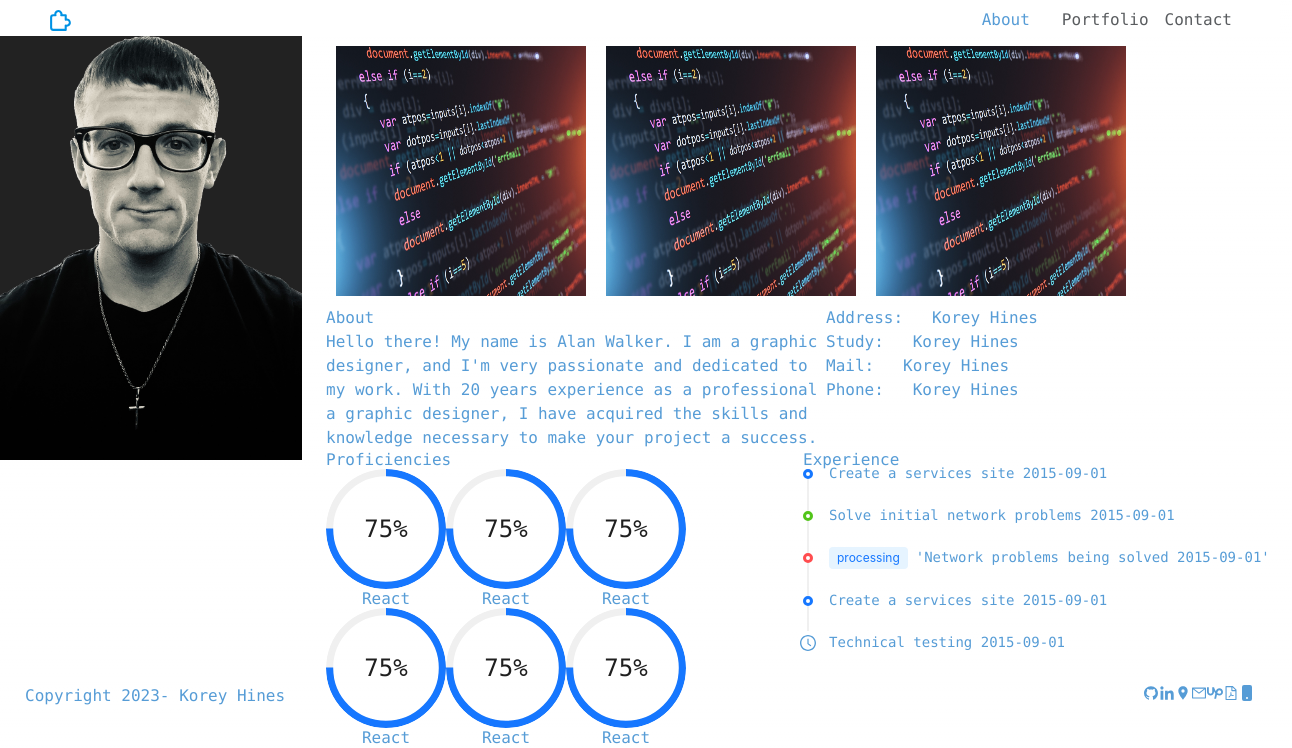
Repository: devkthines/next-portfolio-v2
Page: /about
An editor plug-in stored every save of this project. The page is shown before and after the next save, followed by the edit.
The browser window is 1280 px wide. The page is 1292 px wide, so the pictures cover 1292 px, including what lies to the right of the window. The pictures show the whole page.
The project was rebuilt for these pictures with package versions that can differ from the ones it lists, and the page was loaded fresh each time. The framework's server and built-in components were replaced by stand-ins that run in the browser. Also part of the build but not shown: next.config.js.

Above is the page before, as saved 2023-09-25 22:31:29.

### src/app/layout.tsx
import 'bootstrap/dist/css/bootstrap.css';
import './globals.css'
import '../../css/style.css'
import '../../css/mobile.css'
import type { Metadata } from 'next'
import { Inter } from 'next/font/google'
import TopNav from './components/topNav'
import Footer from './components/footer'
import BottomNav from './components/bottomNav'
// Put any other imports below so that CSS from your
// components takes precedence over default styles.
const inter = Inter({ subsets: ['latin'] })

export const metadata: Metadata = {
  title: "&lt;Korey ❤️ Coding/&gt;",
  description: 'Generated by create next app',
  icons: '/puzzle-piece.svg'
}

export default function RootLayout({
  children,
}: {
  children: React.ReactNode
}) {
  return (
    <html lang="en">
      <head>
        <link rel="shortcut icon" href="/puzzle-piece.svg" type="image/x-icon" />
      </head>
      <body className={inter.className}>
        <TopNav />
        {children}
        <Footer />
        <BottomNav />
      </body>
    </html>
  )
}

### src/app/about/page.js
'use client'
import Container from 'react-bootstrap/Container';
import Row from 'react-bootstrap/Row';
import Col from 'react-bootstrap/Col';
import Button from 'react-bootstrap/Button';
import Card from 'react-bootstrap/Card';
import { Progress, Space } from 'antd';
import { ClockCircleOutlined } from '@ant-design/icons';
import { Timeline } from 'antd';
import Image from 'next/image';
import { Descriptions } from 'antd';
import { Divider, Tag } from 'antd'
import { CaretRightOutlined } from '@ant-design/icons'
const items = [
  {
    key: '1',
    label: 'Name',
    children: 'Zhou Maomao',
  },
  {
    key: '2',
    label: 'Telephone',
    children: '209-366-9363',
  },
  {
    key: '3',
    label: 'Study',
    children: 'Software Engineering',
  },
  {
    key: '4',
    label: 'email',
    children: 'dev.kthines@gmail.com',
  },
  {
    key: '5',
    label: 'Address',
    children: 'Lodi, CA',
  },
];




export default function About() {

  return (
    <div id='about'>

      <Row>

        <Col xs={3} id=''>
          <img variant="top" id='aboutImg' src='/images/IMG-update.jpg' /> </Col>
        <Col xs={9}>
          <div>
            <div id='aboutImgs' className='d-flex'>
              <img className='aboutImgs' src="/images/webstorm-vs-vscode.jpeg" alt="" />
              <img className='aboutImgs' src="/images/webstorm-vs-vscode.jpeg" alt="" />
              <img className='aboutImgs' src="/images/webstorm-vs-vscode.jpeg" alt="" />
            </div>
            <div className='d-flex'>
              <div id='abouttext'>
                <span className='spanabout'>About</span>
                <p>Hello there! My name is Alan Walker. I am
                  a graphic designer, and I'm very passionate and dedicated to my work.
                  With 20 years experience as a professional a graphic designer,
                  I have acquired the skills and knowledge necessary to make your project a success.</p>
              </div>
                <ul>
                <li>Address: &nbsp;  Korey Hines</li>
                <li>Study: &nbsp;  Korey Hines</li>
                <li>Mail: &nbsp;  Korey Hines</li>
                <li>Phone: &nbsp;  Korey Hines</li>
                </ul>
            </div>
            <div id='' className='d-flex'>
              <div id='progress'>
                <h1>Proficiencies</h1>
                <div className='d-flex'>
                  <div className='text-center'><Progress strokeLinecap="butt" type="circle" percent={75} /><h6>React</h6></div>
                  <div className='text-center'><Progress strokeLinecap="butt" type="circle" percent={75} /><h6>React</h6></div>
                  <div className='text-center'><Progress strokeLinecap="butt" type="circle" percent={75} /><h6>React</h6></div>
                </div>
                <div className='d-flex'>
                  <div className='text-center'><Progress strokeLinecap="butt" type="circle" percent={75} /><h6>React</h6></div>
                  <div className='text-center'><Progress strokeLinecap="butt" type="circle" percent={75} /><h6>React</h6></div>
                  <div className='text-center'><Progress strokeLinecap="butt" type="circle" percent={75} /><h6>React</h6></div>
                </div>
              </div>
              <div id='timeline'>
                <h1>Experience</h1>
                <Timeline
                  // mode="alternate"
                  items={[
                    {
                      children: 'Create a services site 2015-09-01',
                    },
                    {
                      children: 'Solve initial network problems 2015-09-01',
                      color: 'green',
                    },
                    {
                      color: 'red',
                      children: <><Tag bordered={false} color="processing">
                        processing
                      </Tag>'Network problems being solved 2015-09-01'</>,
                    },
                    {
                      children: 'Create a services site 2015-09-01',
                    },
                    {
                      dot: <ClockCircleOutlined style={{ fontSize: '16px' }} />,
                      children: 'Technical testing 2015-09-01',
                    },
                  ]}
                />
              </div>
              <div>
                </div>
                </div>
           </div>
              </Col>


            </Row>

          </div>
          )
}

### css/style.css
* {
    box-sizing: border-box;
    margin: 0;
    padding: 0;
    font-family: Consolas, "Courier New", monospace;
    /* background-color: #222222; */
    color: #569cd6;

}

body {
    background-color: white;
}

.infoSection {
    /* width: 80vw; */
    height: 90vh;
    /* display: flex; */
    /* justify-content: center; */
    /* margin-bottom: 20vh; */
    background-color: #222222;
    border-bottom: 3px solid #569cd6;
}

#infoCol {
    display: flex;
    justify-content: center;
}

.aboutSection {
    /* width: 80vw; */
    padding-top: 100px;
    /* height: 70vh; */
    background: linear-gradient(#222222, rgb(24, 24, 24));
}

#portrait {
    width: 40vw;
    height: 80vh;
    /* border-radius: 0 0 2rem 2rem; */
}

#portraitCol {
    display: flex;
    justify-content: center;
}

#portrait:hover {
    transform: rotateX(180deg);
}

.imgTest {
    margin: 10px;
}

.imgTest:active {
    flex-grow: 10000;
    transform: scale(1);

    max-width: 600px;
    margin: 0px;
    border-radius: 40px;

    background-size: auto 100%;
}

.tab-content {
    height: 100% !important;
    margin-left: 25% !important;
}

/* .color-change{
    background-color: greenyellow;
} */
.noShow {
    display: none;
}

.buttonShow {
    display: block;
}

#tile1 {
    width: 700px;
    height: 500px;
}

#experience {
    padding-top: 50px;
    height: auto;
}

main {
    display: flex;
    flex-direction: column;
    justify-content: center;
    align-items: center;
}

.middle {
    transition: .5s ease;
    opacity: 0;
    position: absolute;
    top: 50%;
    left: 50%;
    transform: translate(-50%, -50%);
    -ms-transform: translate(-50%, -50%);
    text-align: center;
}

#imageTile1 {
    position: relative;
    width: 40vw;
    height: 70vh;
}

#tile1 {
    width: 100%;
    height: 100%;
}

#imageTile1:hover #tile1 {
    opacity: 0.3;
}

#imageTile1:hover .middle {
    opacity: 1;
}

.text {
    background-color: #04AA6D;
    color: white;
    font-size: 16px;
    padding: 16px 32px;
}

#no-expand {
    display: none;

}

#expandIt {
    display: block;
}

.no-Display {
    display: none;
}

.okToDisplay {
    display: block;
}

a.nav-link {
    color: #569cd6;
}


#topNav {
    background-color: white;
    display: none;
    /* position: fixed; */
    /* top: 0; */
    width: 100%;
    height: 5vh;
}

#footer {
    display: flex;
    justify-content: space-between;
    padding: 0 25px;
}

#bottomNav {
    display: flex;
    position: fixed;
    bottom: 0;
    width: 100%;
    background-color: white;
    font-size: 16px;
}
#about{
    /* margin-top: 10vh; */
    height: 90vh;
    /* overflow: hidden; */
}

#aboutImg{
    width: 400px;
    /* height: ; */
    /* padding: 15px 15px 30px; */
}
#aboutcard{
    box-shadow: 0 4px 6px rgba(0, 0, 0, .3);
    /* height: fit-content; */
    /* width: 400px; */

}
.interests{
    width: 200px;
    height: 300px;
}
.interestImg{
    width: 200px;
    height: 200px;
}
#abtTop{
    height: 45vh;
}
#abtBtm{
    height: 45vh;
}
#abtLeft{
    /* width: 25vw; */
}
#abtRight{
    /* width: 75vw; */
}
.aboutImgs{
    width: 250px;
    height: 250px;
    margin: 10px;
}
#aboutImgs{

}
.spanabout ::after{
margin-left: 25px;
width: 5000px;
height: 1px;
background-color: #7d7789;
left: 100%;
top: 50%;
}
#abouttext{
width: 500px;
}
#progress{
width: 500px;

}
#timeline{
    width: 500px;
}

### css/mobile.css
@media screen and (min-width: 640px){

    /* background-color: green!important; */
    #portrait{
        width: 500px;
        height: 500px;
        /* border-radius: 0 0 2rem 2rem; */

    }

main{
    /* color: white!important; */
}
}
@media screen and (min-width: 768px){
#portraitCol{

    justify-content: start;
}
#infoCol{
    justify-content: end;
    /* text-align: end; */
}
}
@media screen and (min-width: 1024px){
    #portrait{
        width: 600px;
        height: 600px;
        /* border-radius: 0 0 2rem 2rem; */
    }
    #topNav{
        display:flex ;
    }
    #bottomNav{
        display: none;
    }
}
@media screen and (min-width: 1280px){

}
@media screen and (min-width: 1536px){

}

### src/app/components/topNav.js
'use client';
import Nav from 'react-bootstrap/Nav';
import Image from 'next/image';


export default function TopNav(){

    return(
        <header>
        {/* <Navbar id='topNav' className={`${color ? 'color-change' : ''}`} sticky='top' expand="lg" > */}

        <Nav id='topNav' variant="underline" defaultActiveKey="/home" className='d-flex justify-content-between'>
       <div className='ms-5'><Nav.Item>
          <Nav.Link href="/"><Image width={25} height={25} id='navbrand' src="/puzzle-piece.svg" alt="" /></Nav.Link>
        </Nav.Item></div>
        <div className='d-flex me-5'><Nav.Item className='px-3'>
          <Nav.Link href="/about">About</Nav.Link>
        </Nav.Item>
        <Nav.Item className='px-3'>
          <Nav.Link eventKey="disabled" disabled>
            Portfolio
          </Nav.Link>
        </Nav.Item>
        <Nav.Item>
          <Nav.Link eventKey="disabled" disabled>
            Contact
          </Nav.Link>
        </Nav.Item>
        </div>
      </Nav>
      </header>
    )
} ;

### src/app/components/footer.js
'use client'

import OverlayTrigger from 'react-bootstrap/OverlayTrigger';
import Card from 'react-bootstrap/Card';
import { AiFillGithub } from 'react-icons/ai';
import { GrLinkedinOption } from 'react-icons/gr';
import { MdVolunteerActivism } from 'react-icons/md';
import { IoLogoCss3 } from 'react-icons/io';
import { IoLogoJavascript } from 'react-icons/io';
import { CgGym } from 'react-icons/cg';
import { AiOutlineMail } from 'react-icons/ai';
import { AiOutlineFilePdf } from 'react-icons/ai';
import { BsFillPhoneFill } from 'react-icons/bs';
import { MdLocationOn } from 'react-icons/md';
import { SiUpwork } from 'react-icons/si';
// import PicOfMe from '/images/image_67220481.JPG'
import Container from 'react-bootstrap/Container';
import Row from 'react-bootstrap/Row';
import Col from 'react-bootstrap/Col';
import { useEffect } from 'react';
import Tooltip from 'react-bootstrap/Tooltip';
import $ from 'jquery'

 export default function Footer(){
    const btnName = {
        'gitHub': {
          'id': 1,
          "placement": "bottom",
          "info": "gitHub",
          "icon": <a href="https://github.com/devkthines" target='_blank'>
            <button className='quickLinks'><AiFillGithub /></button></a>
        },
        'linkedIn': {
          'id': 2,
          "placement": "bottom",
          "info": "linkedIn",
          "icon": <a href="https://www.linkedin.com/in/korey-hines-17b0a9263" target='_blank'><button className='quickLinks'><GrLinkedinOption />
          </button></a>
        },
        'gMaps': {
          'id': 3,
          "placement": "bottom",
          "info": "gMaps",
          "icon": <a href="https://goo.gl/maps/BovFkBEjUMQ6VBob9" target='_blank'>
            <button className='quickLinks'><MdLocationOn /></button></a>
        },
        'gMail': {
          'id': 4,
          "placement": "bottom",
          "info": "gMail",
          "icon": <a href="mailto:dev.kthines@gmail.com"><button className='quickLinks'><AiOutlineMail /></button></a>
        },
        'upWork': {
          'id': 5,
          "placement": "bottom",
          "info": "upWork",
          "icon": <a href="https://www.upwork.com/freelancers/~01ae4feb16c6fa7213?viewMode=1" target='_blank'>
            <button className='quickLinks'><SiUpwork /></button></a>
        },
        'redPDF': {
          'id': 6,
          "placement": "bottom",
          "info": "resume",
          "icon": <a className='aLink' target="_blank" href="/files/hinesResume.pdf">
            <button className='quickLinks'><AiOutlineFilePdf /></button></a>
        },
        'phone': {
          'id': 7,
          "placement": "bottom",
          "info": "phone",
          "icon": <a href="tel:2093669363" >  <button className='quickLinks'><BsFillPhoneFill /></button></a>
        }
      }
    return(
        <>
        <footer id='footer'><p>Copyright 2023- Korey Hines</p>
       <div> {Object.entries(btnName).map(([k, v]) => (
                <div className='d-inline-block' key={v.id}>
                  <OverlayTrigger
                    trigger="hover"
                    key={v.id}
                    placement={v.placement}
                    overlay={

                      <Tooltip id={`tooltip-${v.placement}`}>
                        {v.info}
                      </Tooltip>
                    }
                  >
                    {v.icon}
                  </OverlayTrigger>
                </div>))}
</div>
        </footer>
        </>
    )
 }

### src/app/components/bottomNav.js
'use client'
import Nav from 'react-bootstrap/Nav';
import Image from 'next/image';
export default function BottomNav(){

    return(
        <>
        <Nav id='bottomNav' className="justify-content-center" activeKey="/home">
        <Nav.Item>
          <Nav.Link href="/"><Image width={25} height={25} id='navbrand' src="/puzzle-piece.svg" alt="" /></Nav.Link>
        </Nav.Item>
        <Nav.Item>
          <Nav.Link eventKey="link-1">About</Nav.Link>
        </Nav.Item>
        <Nav.Item>
          <Nav.Link eventKey="link-2">Portfolio</Nav.Link>
        </Nav.Item>
        <Nav.Item>
          <Nav.Link eventKey="disabled" disabled>
            Contact
          </Nav.Link>
        </Nav.Item>
      </Nav>
        </>
    )
}

Loaded but not shown: src/app/globals.css (common file); tailwind.config.ts (common file)

After the next save:
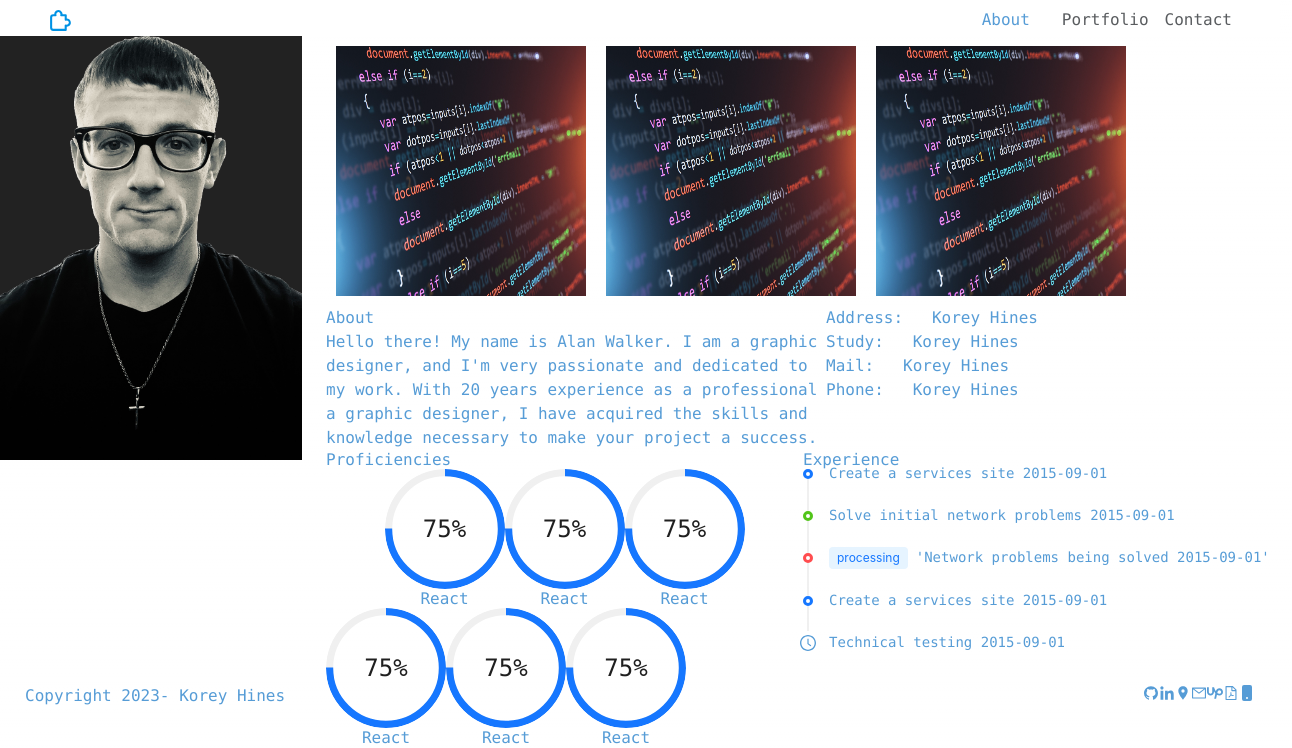
Saved 13 s later.
--- a/src/app/about/page.js
+++ b/src/app/about/page.js
@@ -76,7 +76,7 @@ export default function About() {
             <div id='' className='d-flex'>
               <div id='progress'>
                 <h1>Proficiencies</h1>
-                <div className='d-flex'>
+                <div className='d-flex justify-content-center'>
                   <div className='text-center'><Progress strokeLinecap="butt" type="circle" percent={75} /><h6>React</h6></div>
                   <div className='text-center'><Progress strokeLinecap="butt" type="circle" percent={75} /><h6>React</h6></div>
                   <div className='text-center'><Progress strokeLinecap="butt" type="circle" percent={75} /><h6>React</h6></div>
